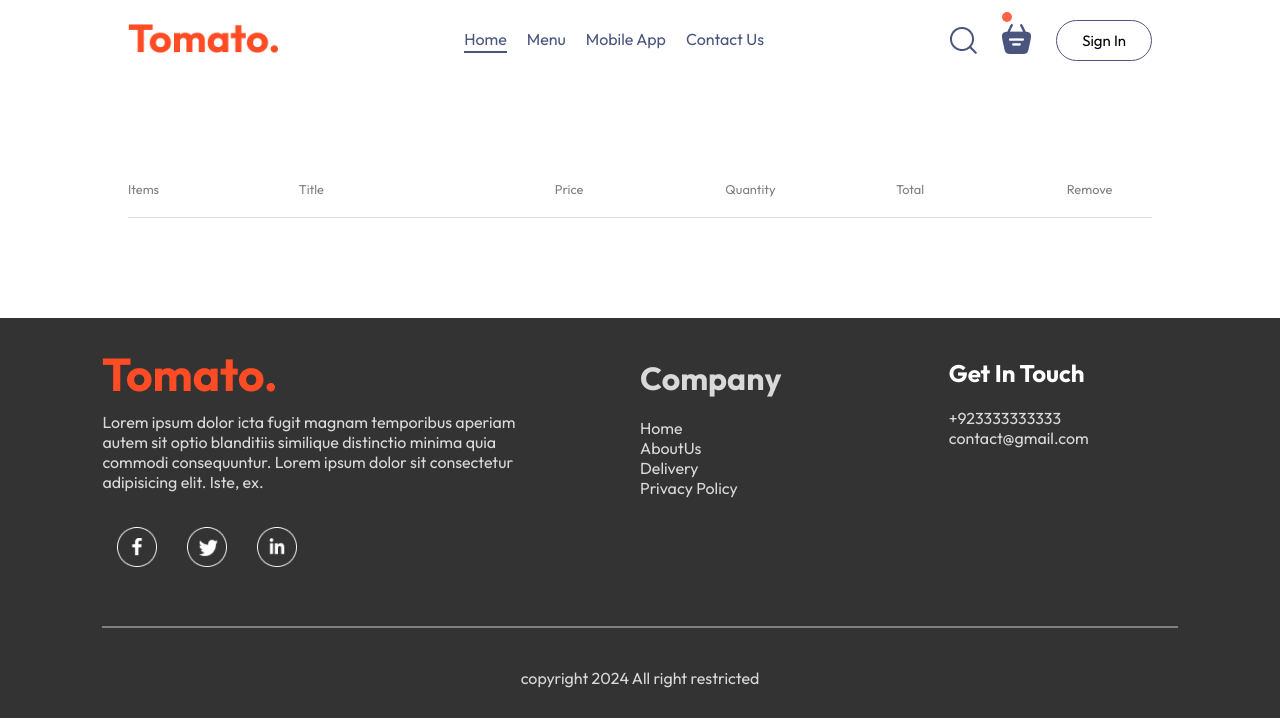
Repository: Attar786/Food-ordering-app
Page: /cart (app in frontend/)
An editor plug-in stored every save of this project. The page is shown before and after the next save, followed by the edit.
The browser window is 1280 px wide. The pictures show the whole page.
The project was rebuilt for these pictures with package versions that can differ from the ones it lists, and the page was loaded fresh each time. Also part of the build but not shown: frontend/vite.config.js, frontend/src/components/Header/Header.css, frontend/src/components/Header/Header.jsx, frontend/src/components/ExploreMenu/ExploreMenu.css, frontend/src/components/ExploreMenu/ExploreMenu.jsx, frontend/src/components/FoodDisplay/FoodDisplay.css, frontend/src/components/FoodItem/FoodItem.css, frontend/src/components/FoodItem/FoodItem.jsx and 8 more.

Above is the page before, as saved 2024-07-30 15:27:56.

After the next save:
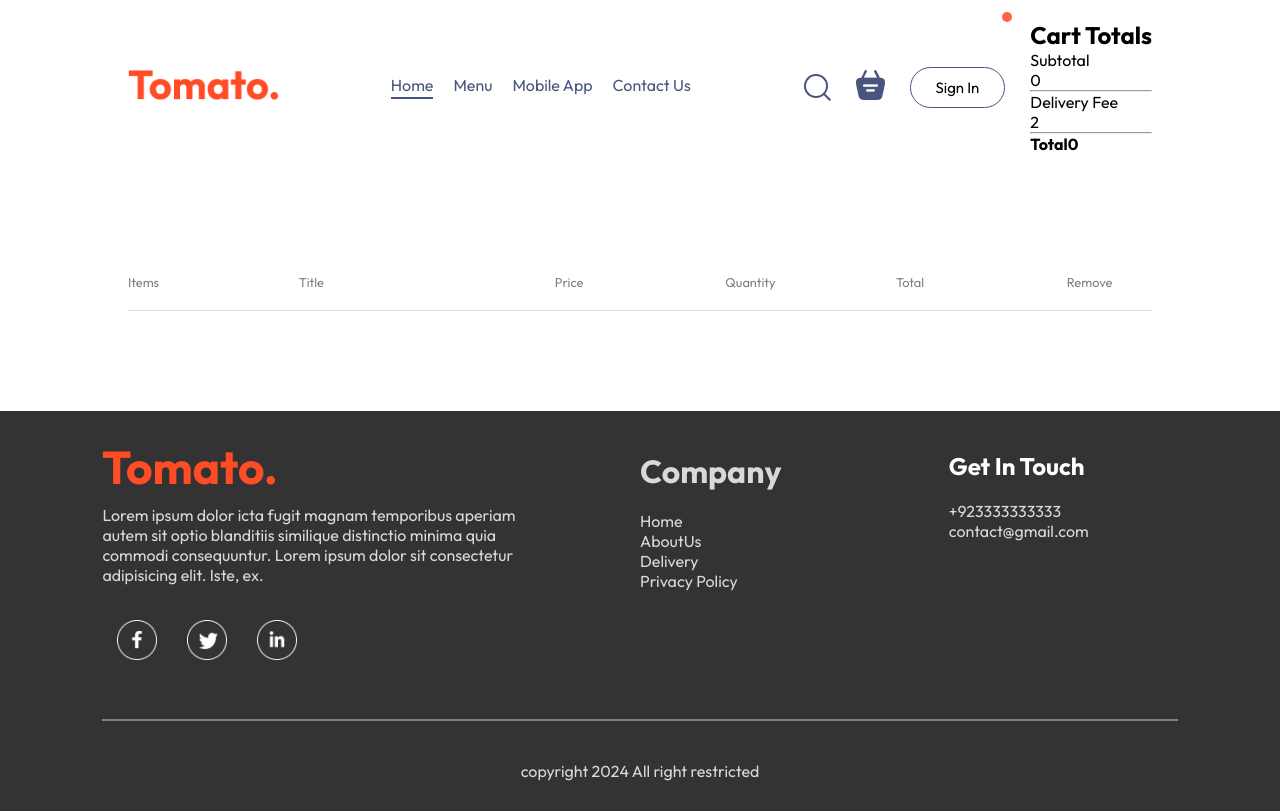
Saved 5 min 9 s later.
--- a/frontend/src/components/Navbar/Navbar.jsx
+++ b/frontend/src/components/Navbar/Navbar.jsx
@@ -25,11 +25,7 @@ const Navbar = ({setShowLogin}) => {
           <div className="dot"></div>
         </div>
         <button onClick={()=>setShowLogin(true)} >Sign In</button>
-      </div>
-    </div>
-  );
-}
-<div className="cart-bottom">
+        <div className="cart-bottom">
   <div className="cart-total">
     <h2>Cart Totals</h2>
   </div>
@@ -48,8 +44,12 @@ const Navbar = ({setShowLogin}) => {
       <b>Total</b>
       <b>{0}</b>
     </div>
-    <button>PROCEED TO CHECKOUT</button>
   </div>
 </div>
+      </div>
+    </div>
+  );
+}
+
 
 export default Navbar;
